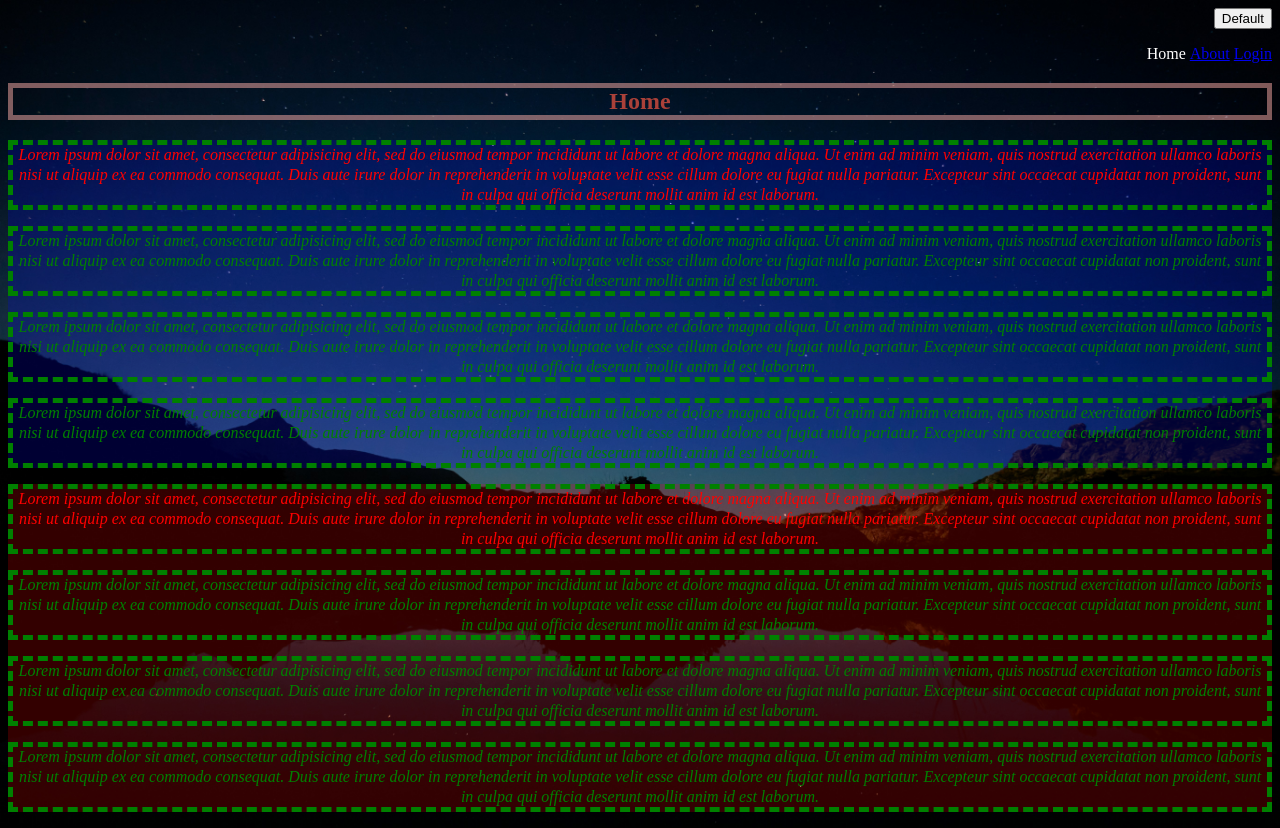
Repository: rileymeye1/ZTM
Page: project_files/index.html
An editor plug-in stored every save of this project. The page is shown before and after the next save, followed by the edit.
The browser window is 1280 px wide. The pictures show the whole page.

Above is the page before, as saved 2024-08-19 17:12:58.

After the next save:
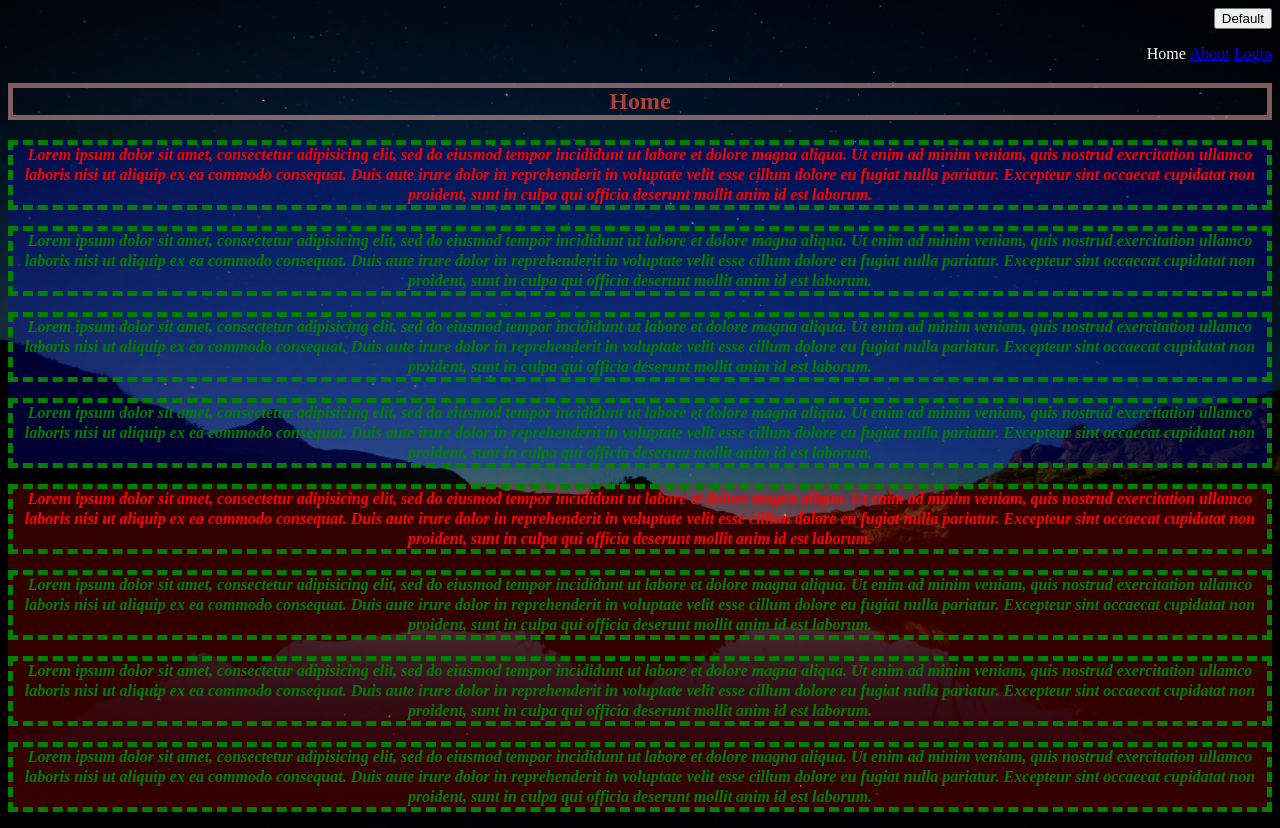
Saved 31 s later.
--- a/project_files/style.css
+++ b/project_files/style.css
@@ -22,6 +22,8 @@
   color: pink;
   line-height: 20px;
   font-style: italic;
+  font-weight: bold;
+  font-size: 100%;
 }
 
 p {
